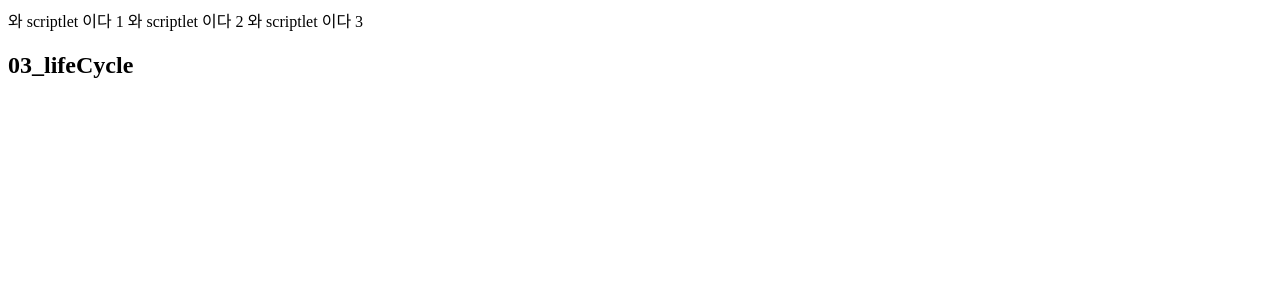
Repository: BlueMarineMoon/20220509_Web
Page: http://localhost/jspProj/basic/03_lifeCycle.jsp
These files come from the project's save history. The page is drawn as it stood at one moment and after the next save; the edit follows.
The browser window is 1280 px wide. The pictures show the whole page.
The page is served by Tomcat 9. Other server files are loaded and not shown.

Above is the page before, as saved 2022-05-09 08:23:55.

### jspProj/src/main/webapp/basic/03_lifeCycle.jsp
<%@page import="java.util.Date" %>
<%@ page language="java" contentType="text/html; charset=UTF-8"
    pageEncoding="UTF-8"%>
<% // 디렉티브 구간 %>
<%!
	// class 03_lifeCycle_jsp {

	//}

	//declaration -- 클래스 정의부

	//멤버 변수
	int a = 10;
	String b = "아기상어";
	Date now = new Date();

	void meth_1() {
		System.out.println("meth_1() 실행");
	}

	void meth_2() {
		//out.println("meth_2() 실행");
		System.out.println("meth_2() 실행");
	}
	/* 직접적인 실행구문 작성 불가
	if(true) {
		System.out.println("참이지롱");
	}*/

%>
<%
	//scriptlet : _jspService() 메소드 정의 ::> main 과 같다.
	//실제 코드 실행이 된다.
	out.println("와 scriptlet 이다 1");

	out.println("와 scriptlet 이다 2");

	out.println("와 scriptlet 이다 3");
%>
<!DOCTYPE html>
<html>
<head>
<meta charset="UTF-8">
<title>03_lifeCycle</title>
</head>
<body>
<h2>03_lifeCycle</h2>
</body>
</html>

After the next save:
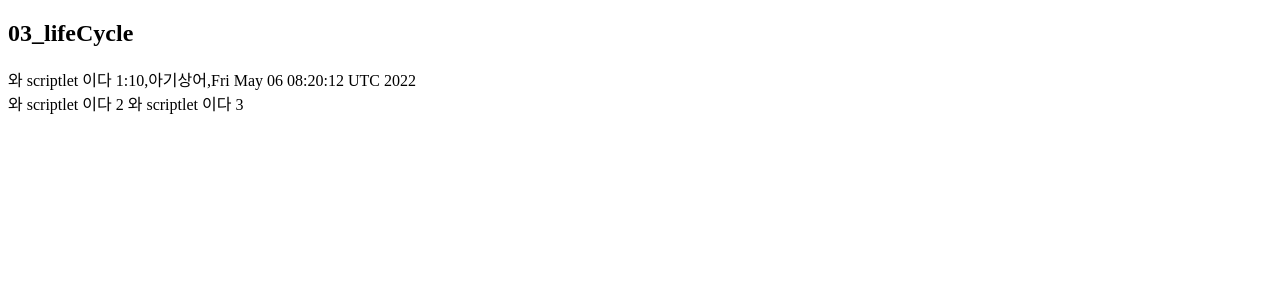
Saved 15 min 7 s later.
--- a/jspProj/src/main/webapp/basic/03_lifeCycle.jsp
+++ b/jspProj/src/main/webapp/basic/03_lifeCycle.jsp
@@ -28,15 +28,7 @@
 	}*/
 
 %>
-<%
-	//scriptlet : _jspService() 메소드 정의 ::> main 과 같다.
-	//실제 코드 실행이 된다.
-	out.println("와 scriptlet 이다 1");
 
-	out.println("와 scriptlet 이다 2");
-
-	out.println("와 scriptlet 이다 3");
-%>
 <!DOCTYPE html>
 <html>
 <head>
@@ -45,5 +37,14 @@
 </head>
 <body>
 <h2>03_lifeCycle</h2>
+<%
+	//scriptlet : _jspService() 메소드 정의 ::> main 과 같다.
+	//실제 코드 실행이 된다.
+	out.println("와 scriptlet 이다 1:"+a+","+b+","+now+"<br>");
+
+	out.println("와 scriptlet 이다 2");
+
+	out.println("와 scriptlet 이다 3");
+%>
 </body>
 </html>
